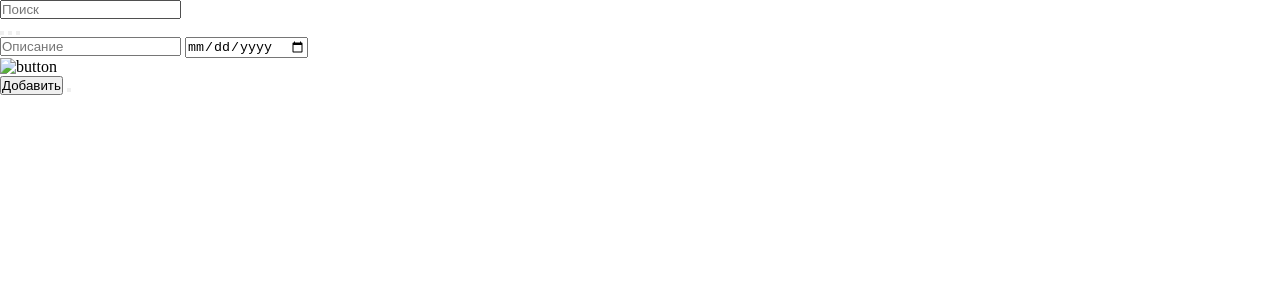
Repository: svetks0504-sudo/Projekt4_To_Do_List
Page: index.html
An editor plug-in stored every save of this project. The page is shown before and after the next save, followed by the edit.
The browser window is 1280 px wide. The pictures show the whole page.

Above is the page before, as saved 2025-11-18 11:36:08.

### index.html
<!DOCTYPE html>
<html lang="en">
  <head>
    <meta charset="UTF-8" />
    <meta name="viewport" content="width=device-width, initial-scale=1.0" />
    <title>Document</title>
    <link href="/styles/style.css" rel="stylesheet" type="text/css" />
  </head>
  <body>
    <!--############1Ekran###############-->
    <div class="togeser1Ekran">
      <div class="time"></div>
      <form class="serch">
        <input type="text" id="serchInput" name="text" placeholder="Поиск" />
      </form>
      <div class="filtr">
        <button class="all"></button>
        <button class="aktiv"></button>
        <button class="end"></button>
      </div>
      <div class="pencil"></div>
    </div>

    <!--############2Ekran###############-->

    <div class="smalDisplay">
      <form class="creatWork">
        <input type="text" id="needToWork" name="text" placeholder="Описание" />
        <input type="date" id="needDate" name="date" placeholder="Дата" />
      </form>
      <div class="remember">
        <img src="" alt="button" />
        <div class="funktional">
          <button class="add">Добавить</button>
          <button class="delete"></button>
        </div>
      </div>
    </div>
  </body>
  <script src="scripts/script.js"></script>
</html>

### scripts/script.js
//1 этап: верстка, 2 этап: добавление задачи, подключение к localstorage
//  3 этап: фильтрация, редактирование
//доп. функ: поиск, редактирование задачи(название, время)

// task(entity) {
//   id: String | Number, // Math.random() | Date.now()
//   title: String,
//   date: String | Number,
//   completed: Boolean // false
// }
/*const tasks = [
  {
    id: 1,
    title: "Learn React",
    data: "10:30 12.12.2025",
    completed: false,
  },
];*/

Loaded but not shown: styles/style.css (common file)

After the next save:
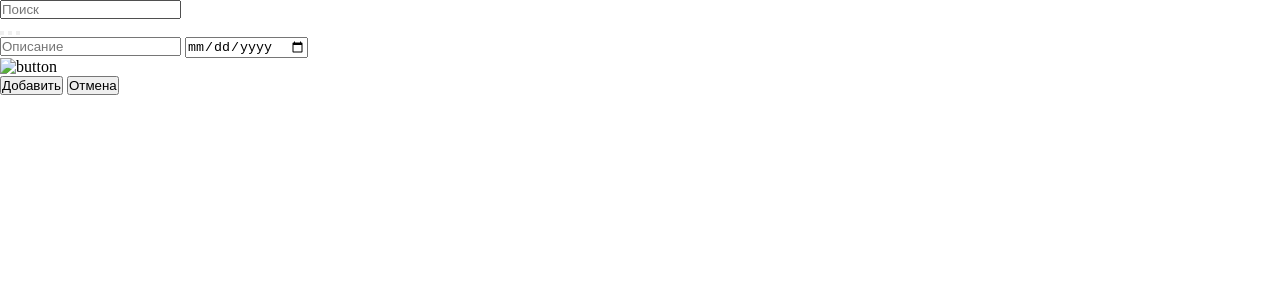
Saved 6 s later.
--- a/index.html
+++ b/index.html
@@ -32,7 +32,7 @@
         <img src="" alt="button" />
         <div class="funktional">
           <button class="add">Добавить</button>
-          <button class="delete"></button>
+          <button class="delete">Отмена</button>
         </div>
       </div>
     </div>
